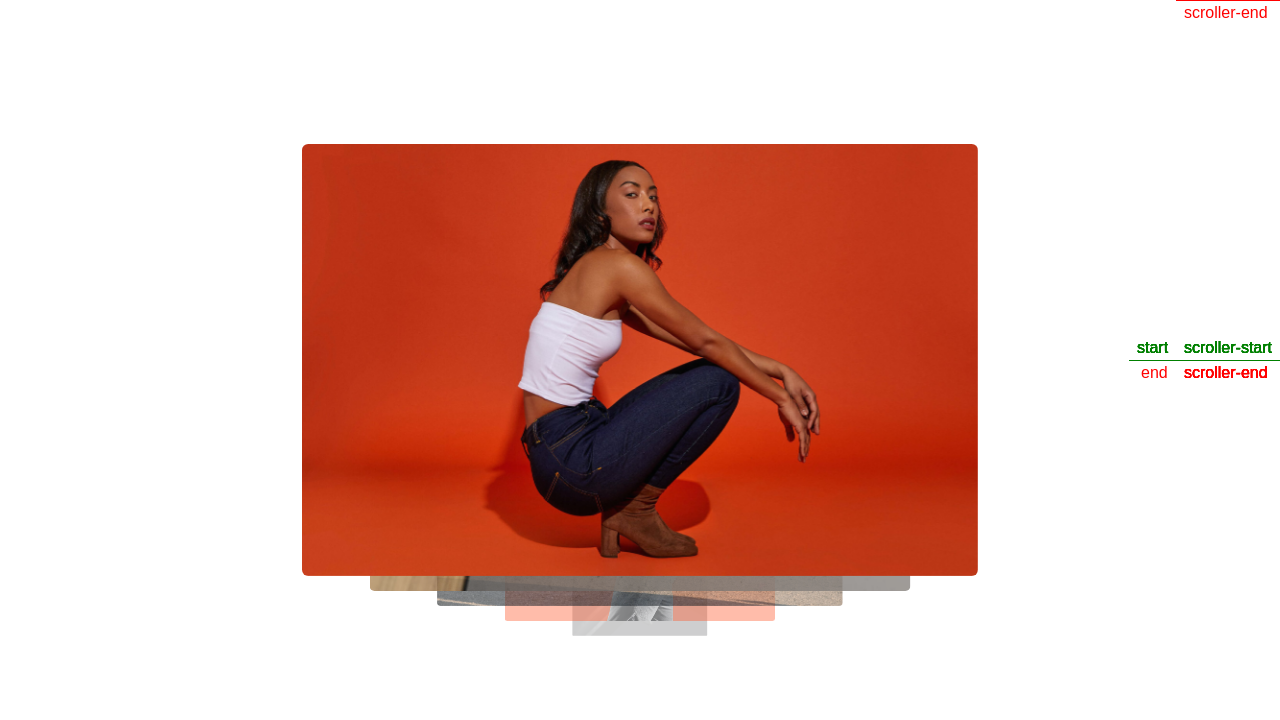
Repository: lwygold/motion
Page: layout/이미지 위로 계속 올라가는레이아웃.html
These files come from the project's save history. The page is drawn as it stood at one moment and after the next save; the edit follows.
The browser window is 1280 px wide. The pictures show the window.
A layer covers the whole window, so only the first screen is drawn.

Above is the page before, as saved 2023-02-21 14:27:22.

### layout/이미지 위로 계속 올라가는레이아웃.html
<!DOCTYPE html>
<html lang="ko">

<head>
    <meta http-equiv="Content-Type" content="text/html;charset=utf-8" />
    <meta name="viewport" content="width=device-width, user-scalable=no, target-densitydpi=medium-dpi" />
    <meta name="apple-mobile-web-app-capable" content="yes" />
    <meta name="format-detection" content="telephone=no" />
    <meta http-equiv="X-UA-Compatible" content="IE=edge" />
    <meta http-equiv="x-rim-auto-match" content="none" />
    <link rel="shortcut icon" href="./images/favicon.ico" />
    <link rel="stylesheet" type="text/css" href="../assets/css/slick.css" />
    <link rel="stylesheet" type="text/css" href="../assets/css/common.css" />
    <link rel="stylesheet" type="text/css" href="../assets/css/main.css" />
    <link rel="stylesheet" type="text/css" href="../assets/css/sub.css" />
    <title>테스트</title>
    <script src="../assets/js/jquery-3.3.1.min.js"></script>
    <script src="../assets/js/jquery-ui.min.js"></script>
    <script src="../assets/js/slick.min.js"></script>
    <script src="../assets/js/gsap.js"></script>
    <script src="../assets/js/gsap_scroll_trigger.js"></script>
    <script src="../assets/js/green.js"></script>
    <script src="../assets/js/common.js"></script>
    <script src="../assets/js/main.js"></script>
    <script src="../assets/js/sub.js"></script>
</head>

<style>
    section {
        width: 100vw;
        height: 100vh;
    }

    section ul {
        align-items: center;
        display: flex;
        height: 100%;
        justify-content: center;
        left: 0;
        position: fixed;
        top: 0;
        width: 100%;
        max-height: 100vh;
    }

    section ul li {
        border-radius: 0.4861111111vw;
        cursor: pointer;
        height: 60vh;
        overflow: hidden;
        position: absolute;
        -webkit-transform-origin: bottom;
        transform-origin: bottom;
        width: 52.7777777744vw;
        will-change: transform, opacity;
    }



    section ul li:nth-child(1) {
        z-index: 5;
    }

    section ul li:nth-child(2) {
        z-index: 4;
    }

    section ul li:nth-child(3) {
        z-index: 3;
    }

    section ul li:nth-child(4) {
        z-index: 2;
    }

    section ul li:nth-child(5) {
        z-index: 1;
    }


    section ul li div {
        height: 100%;
        -webkit-transform: none;
        transform: none;
        transition: -webkit-transform 1.2s cubic-bezier(.165, .84, .44, 1);
        transition: transform 1.2s cubic-bezier(.165, .84, .44, 1);
        transition: transform 1.2s cubic-bezier(.165, .84, .44, 1), -webkit-transform 1.2s cubic-bezier(.165, .84, .44, 1);
        width: 100%;
        will-change: transform;
    }

    section ul li div img {
        height: 100%;
        -o-object-fit: cover;
        object-fit: cover;
        -o-object-position: center;
        object-position: center;
        width: 100%;
        -webkit-transform: none;
        transform: none;
        -webkit-transform-origin: center;
        transform-origin: center;
        transition: -webkit-transform 1.6s cubic-bezier(.165, .84, .44, 1);
        transition: transform 1.6s cubic-bezier(.165, .84, .44, 1);
        transition: transform 1.6s cubic-bezier(.165, .84, .44, 1), -webkit-transform 1.6s cubic-bezier(.165, .84, .44, 1);
        width: 100%;
        will-change: transform;
    }

    section ul li div img:hover {
        -webkit-transform: scale(1.1);
        transform: scale(1.1);
    }
</style>

<body>

    <section class="s1">
        <ul>
            <li class="panel s1-1 panel_first">
                <div>
                    <img src="./images/1.jpg" alt="">
                </div>
            </li>
            <li class="panel s1-2">
                <div>
                    <img src="./images/2.jpg" alt="">
                </div>
            </li>
            <li class="panel s1-3">
                <div>
                    <img src="./images/3.jpg" alt="">
                </div>
            </li>
            <li class="panel s1-4">
                <div>
                    <img src="./images/4.jpg" alt="">
                </div>
            </li>
            <li class="panel s1-5">
                <div>
                    <img src="./images/5.jpg" alt="">
                </div>
            </li>
            <li class="panel s1-6">
                <div>
                    <img src="./images/6.jpg" alt="">
                </div>
            </li>
        </ul>
    </section>


    <script>

        const $ul = $('ul');
        const $li = $('ul li');
        const li_cnt = $('ul li').length;

        $li.each((i, e) => {
            $(e).css("transform", "translateY(" + i * 15 + "px) scale(" + (1 - (0.1 * (i * (2)))) + ")");
            $(e).css("opacity", 1 - (0.1 * (i * (2))));
            $(e).attr("filter", "grayscale(" + i * 33 + "%);");
        });



        $(function () {

            gsap.registerPlugin(ScrollTrigger);

            let panels = gsap.utils.toArray(".panel");

            let tl1 = gsap.timeline({
                scrollTrigger: {
                    trigger: $ul,
                    start: "center center",
                    end: 'center 0%',
                    pin: true,
                    scrub: true,
                    markers: true,
                }
            });

            let tl2 = gsap.timeline({
                scrollTrigger: {
                    trigger: 'section',
                    start: "center center",
                    end: "+=400",
                    pin: true,
                    scrub: true,
                    markers: true,
                }
            });

            let tl3 = gsap.timeline({
                scrollTrigger: {
                    trigger: 'section',
                    start: "center center",
                    end: "+=400",
                    pin: true,
                    scrub: true,
                    markers: true,
                }
            });

            let tl4 = gsap.timeline({
                scrollTrigger: {
                    trigger: 'section',
                    start: "center center",
                    end: "+=400",
                    pin: true,
                    scrub: true,
                    markers: true,
                }
            });

            let tl5 = gsap.timeline({
                scrollTrigger: {
                    trigger: 'section',
                    start: "center center",
                    end: "+=400",
                    pin: true,
                    scrub: true,
                    markers: true,
                }
            });

            let tl6 = gsap.timeline({
                scrollTrigger: {
                    trigger: 'section',
                    start: "center center",
                    end: "+=400",
                    pin: true,
                    scrub: true,
                    markers: true,
                }
            });


            panels.forEach((panel, i) => {

                tl1.to(panel, {
                    yPercent: -150,
                });


            });


            const child1 = document.querySelector(`section ul li:nth-child(2)`);
            const child2 = document.querySelector(`section ul li:nth-child(3)`);
            const child3 = document.querySelector(`section ul li:nth-child(4)`);
            const child4 = document.querySelector(`section ul li:nth-child(5)`);
            const child5 = document.querySelector(`section ul li:nth-child(6)`);

            tl2.to(child1, {
                y:0,
                opacity:1,
                scale:1,
            }).to(child2, {
                y:0,
                opacity:1,
                scale:1,
            }).to(child3, {
                y:0,
                opacity:1,
                scale:1,
            }).to(child4, {
                y:0,
                opacity:1,
                scale:1,
            }).to(child5, {
                y:0,
                opacity:1,
                scale:1,
            });

            tl3.to(child2, {
                y:15+"px",
                opacity:0.8,
                scale:0.8,
            }).to(child3, {
                y:15+"px",
                opacity:0.8,
                scale:0.8,
            }).to(child4, {
                y:15+"px",
                opacity:0.8,
                scale:0.8,
            }).to(child5, {
                y:15+"px",
                opacity:0.8,
                scale:0.8,
            });

            tl4.to(child3, {
                y:30+"px",
                opacity:0.6,
                scale:0.6,
            }).to(child4, {
                y:30+"px",
                opacity:0.6,
                scale:0.6,
            }).to(child5, {
                y:30+"px",
                opacity:0.6,
                scale:0.6,
            });


            tl5.to(child4, {
                y:45+"px",
                opacity:0.4,
                scale:0.4,
            }).to(child5, {
                y:45+"px",
                opacity:0.4,
                scale:0.4,
            });

            tl6.to(child5, {
                y:60+"px",
                opacity:0.2,
                scale:0.2,
            });



















        });

    </script>
</body>

</html>

### assets/css/common.css
@charset "utf-8";

@font-face {
  font-family: "NotoSansKR";
  font-style: normal;
  font-weight: 100;
  src: url(fonts/NotoSansKR-ExtraLight.woff) format("woff");
}

@font-face {
  font-family: "NotoSansKR";
  font-style: normal;
  font-weight: 200;
  src: url(fonts/NotoSansKR-Light.woff) format("woff");
}

@font-face {
  font-family: "NotoSansKR";
  font-style: normal;
  font-weight: 300;
  src: url(fonts/NotoSansKR-DemiLight.woff) format("woff");
}

@font-face {
  font-family: "NotoSansKR";
  font-style: normal;
  font-weight: 400;
  src: url(fonts/NotoSansKR-Regular.woff) format("woff");
}

@font-face {
  font-family: "NotoSansKR";
  font-style: normal;
  font-weight: 500;
  src: url(fonts/NotoSansKR-Medium.woff) format("woff");
}

@font-face {
  font-family: "NotoSansKR";
  font-style: normal;
  font-weight: 600;
  src: url(fonts/NotoSansKR-Bold.woff) format("woff");
}

@font-face {
  font-family: "NotoSansKR";
  font-style: normal;
  font-weight: 700;
  src: url(fonts/NotoSansKR-Bold-Hestia.woff) format("woff");
}

@font-face {
  font-family: "NotoSansKR";
  font-style: normal;
  font-weight: 800;
  src: url(fonts/NotoSansKR-Black-Hestia.woff) format("woff");
}

@font-face {
  font-family: "Montserrat";
  font-style: normal;
  font-weight: 100;
  src: url(fonts/Montserrat-ExtraLight.woff) format("woff");
}

@font-face {
  font-family: "Montserrat";
  font-style: normal;
  font-weight: 200;
  src: url(fonts/Montserrat-Light.woff) format("woff");
}

@font-face {
  font-family: "Montserrat";
  font-style: normal;
  font-weight: 300;
  src: url(fonts/Montserrat-Regular.woff) format("woff");
}

@font-face {
  font-family: "Montserrat";
  font-style: normal;
  font-weight: 400;
  src: url(fonts/Montserrat-Regular.woff) format("woff");
}

@font-face {
  font-family: "Montserrat";
  font-style: normal;
  font-weight: 500;
  src: url(fonts/Montserrat-Medium.woff) format("woff");
}

@font-face {
  font-family: "Montserrat";
  font-style: normal;
  font-weight: 600;
  src: url(fonts/Montserrat-Bold.woff) format("woff");
}

@font-face {
  font-family: "Montserrat";
  font-style: normal;
  font-weight: 700;
  src: url(fonts/Montserrat-ExtraBold.woff) format("woff");
}

@font-face {
  font-family: "Montserrat";
  font-style: normal;
  font-weight: 800;
  src: url(fonts/Montserrat-ExtraBlack.woff) format("woff");
}

@font-face {
  font-family: "Saira";
  font-style: normal;
  font-weight: 100;
  src: url(fonts/Saira-ExtraLight.woff) format("woff");
}

@font-face {
  font-family: "Saira";
  font-style: normal;
  font-weight: 200;
  src: url(fonts/Saira-Light.woff) format("woff");
}

@font-face {
  font-family: "Saira";
  font-style: normal;
  font-weight: 300;
  src: url(fonts/Saira-Regular.woff) format("woff");
}

@font-face {
  font-family: "Saira";
  font-style: normal;
  font-weight: 400;
  src: url(fonts/Saira-Regular.woff) format("woff");
}

@font-face {
  font-family: "Saira";
  font-style: normal;
  font-weight: 500;
  src: url(fonts/Saira-Medium.woff) format("woff");
}

@font-face {
  font-family: "Saira";
  font-style: normal;
  font-weight: 600;
  src: url(fonts/Saira-Bold.woff) format("woff");
}

@font-face {
  font-family: "Saira";
  font-style: normal;
  font-weight: 700;
  src: url(fonts/Saira-ExtraBold.woff) format("woff");
}

@font-face {
  font-family: "Saira";
  font-style: normal;
  font-weight: 800;
  src: url(fonts/Saira-Black.woff) format("woff");
}

@font-face {
  font-family: "NanumSquare";
  font-style: normal;
  font-weight: 200;
  src: url(fonts/NanumSquareL.woff) format("woff");
}

@font-face {
  font-family: "NanumSquare";
  font-style: normal;
  font-weight: 400;
  src: url(fonts/NanumSquareR.woff) format("woff");
}

@font-face {
  font-family: "NanumSquare";
  font-style: normal;
  font-weight: 600;
  src: url(fonts/NanumSquareB.woff) format("woff");
}

@font-face {
  font-family: "NanumSquare";
  font-style: normal;
  font-weight: 700;
  src: url(fonts/NanumSquareEB.woff) format("woff");
}

@font-face {
  font-family: "play";
  font-style: normal;
  font-weight: 400;
  src: url(fonts/Play-Regular.woff) format("woff");
}

@font-face {
  font-family: "play";
  font-style: normal;
  font-weight: 600;
  src: url(fonts/Play-Bold.woff) format("woff");
}

@font-face {
  font-family: "Lovelace";
  font-style: normal;
  font-weight: 100;
  src: url(fonts/Lovelace-ExtraLight.woff) format("woff");
}

@font-face {
  font-family: "Lovelace";
  font-style: normal;
  font-weight: 200;
  src: url(fonts/Lovelace-Light.woff) format("woff");
}

@font-face {
  font-family: "Lovelace";
  font-style: normal;
  font-weight: 400;
  src: url(fonts/Lovelace-Regular.woff) format("woff");
}

@font-face {
  font-family: "Lovelace";
  font-style: normal;
  font-weight: 500;
  src: url(fonts/Lovelace-Medium.woff) format("woff");
}

@font-face {
  font-family: "Lovelace";
  font-style: normal;
  font-weight: 600;
  src: url(fonts/Lovelace-Bold.woff) format("woff");
}

@font-face {
  font-family: "Lovelace";
  font-style: normal;
  font-weight: 700;
  src: url(fonts/Lovelace-ExtraBold.woff) format("woff");
}

* {
  font-family: "NotoSansKR";
  box-sizing: border-box;
}

/* 여백 초기화 */
html,
body,
div,
span,
object,
iframe,
h1,
h2,
h3,
h4,
h5,
h6,
p,
blockquote,
pre,
abbr,
address,
cite,
code,
del,
dfn,
em,
img,
ins,
kbd,
q,
samp,
small,
strong,
sub,
sup,
var,
b,
i,
dl,
dt,
dd,
ol,
ul,
li,
fieldset,
form,
label,
legend,
table,
caption,
tbody,
tfoot,
thead,
tr,
th,
td,
article,
aside,
canvas,
details,
figcaption,
figure,
footer,
header,
hgroup,
menu,
nav,
section,
summary,
time,
mark,
audio,
video {
  margin: 0;
  padding: 0;
  border: 0;
  outline: 0;
  font-size: 100%;
  vertical-align: baseline;
  background: transparent;
}

* {
  -webkit-text-size-adjust: none;
  -moz-text-size-adjust: none;
  -ms-text-size-adjust: none;
}

html,
body {
  position: relative;
  margin: 0 auto;
  height: 100%;
  width: 100%;
}

body {
  line-height: 1;
}

article,
aside,
details,
figcaption,
figure,
footer,
header,
hgroup,
menu,
nav,
section {
  display: block;
}

ul,
li {
  list-style: none;
}

blockquote,
q {
  quotes: none;
}

blockquote:before,
blockquote:after,
q:before,
q:after {
  content: "";
  content: none;
}

a {
  margin: 0;
  padding: 0;
  color: #000;
  font-size: 100%;
  text-decoration: none;
  vertical-align: baseline;
  background: transparent;
}

del {
  text-decoration: line-through;
}

abbr[title],
dfn[title] {
  border-bottom: 1px dotted;
  cursor: help;
}

table {
  border-collapse: collapse;
  border-spacing: 0;
}

/* change border colour to suit your needs */

hr {
  display: block;
  height: 1px;
  border: 0;
  border-top: 1px solid #cccccc;
  margin: 1em 0;
  padding: 0;
}

input,
select {
  vertical-align: middle;
}

/*-------------------------------------------------------------------
    @input style
-------------------------------------------------------------------*/

button {
  -webkit-appearance: none;
  appearance: none;
  -webkit-border-radius: 0;
  border-radius: 0;
}

input[type="button"],
input[type="reset"],
input[type="text"],
input[type="password"],
input[type="submit"],
input[type="search"],
input[type="tel"],
input[type="email"] {
  -webkit-appearance: none;
  appearance: none;
  -webkit-border-radius: 0;
  border-radius: 0;
  font-size: 16px;
}

/*-------------------------------------------------------------------
    @select
-------------------------------------------------------------------*/
select {
  font-family: "Noto Sans KR";
  font-size: 19px;
  -webkit-appearance: none;
  -moz-appearance: none;
  appearance: none;
  background-image: url(../images/sl_btn.png);
  background-repeat: no-repeat;
  background-position: 93% 50%;
  background-size: 15px;
  background-color: #fff;
  border: none;
  width: 100%;
}

/*-------------------------------------------------------------------
    @select IE10,11의 네이티브 화살표 숨기기
-------------------------------------------------------------------*/
select::-ms-expand {
  display: none;
}

/*-------------------------------------------------------------------
    @clearfix
-------------------------------------------------------------------*/
.clearfix {
  *zoom: 1;
}

.clearfix:before,
.clearfix:after {
  display: block;
  content: "";
  line-height: 0;
}

.clearfix:after {
  clear: both;
}

.fl {
  float: left;
}

.fr {
  float: right;
}

/*-------------------------------------------------------------------
    @공통서브
-------------------------------------------------------------------*/

section {
  box-sizing: border-box;
  overflow: hidden;
  position: relative;
  width: 100%;
  max-width: 1920px;
  margin: 0 auto;
}

.inner {
  width: 100%;
  max-width: 1280px;
  padding: 0px 40px;
  box-sizing: border-box;
}

/* 가로 양옆으로  */
.flex__lrc,
.flex__lrc2 {
  display: flex;
  flex-direction: row;
  flex-wrap: wrap;
  justify-content: space-between;
  align-items: center;
}

.flex__lrt,
.flex__lrt2 {
  display: flex;
  flex-direction: row;
  flex-wrap: wrap;
  justify-content: space-between;
  align-items: flex-start;
}

.flex__lrb,
.flex__lrb2 {
  display: flex;
  flex-direction: row;
  flex-wrap: wrap;
  justify-content: space-between;
  align-items: flex-end;
}

/* 가로 가운데 새로 가운데 */
.flex__cc,
.flex__cc1,
.flex__cc2 {
  display: flex;
  flex-direction: row;
  flex-wrap: wrap;
  justify-content: center;
  align-items: center;
}

.flex__lrc2 > div,
.flex__lrt2 > div,
.flex__lrb2 > div,
.flex__cc2 > div {
    width: 50%;
}

.h100 {
    height: 100%;
}

.w100 {
    width: 100%;
}

.row2,
.row3,
.row4,
.row5 {
    display: flex;
    flex-direction: row;
    flex-wrap: wrap;
}

.row2 > .col {
    width: 50%;
}

.row3 > .col {
    width: 33.33%;
}

.row4 > .col {
    width: 25%;
}

.row5 > .col {
    width: 20%;
}


@media only screen and (max-width: 640px) {
}

### assets/css/main.css
body {
 font-size:0;
}


section.section4 {
 height: 400vh;
}

.header-section {
 padding: 0 15px;
 text-align: center;
 margin: 0;
 height: 100vh;
 color: #000;
 font-size: 35px;
 display: flex;
 align-items: center;
 justify-content: center;
}

.nav {
 display: flex;
 position: fixed;
 right:100px;
 top:50%;
 transform: translateY(-50%);
 z-index: 11;
}

.nav > div {
 position: relative;
 width: 2px;
 height: 55px;
 background: transparent;
 z-index: 1;
}

.nav > div:after {
 content:'';
 position: absolute;
 left:0;
 top:0;
 width:3px;
 height: 55px;
 background: rgba(255,255,255, 0.3);
 z-index: 2;
}

.nav div > div {
 position: absolute;
 left:0;
 top:0;
 width:2px;
 height:0;
 background: #fff;
}


.gridBlock {
 opacity: 0;
}


/* Grid almost fully pulled from https://www.rino-pelle.com/ */
.grid-container {
 width: 100vw;
 height: 400vh;
 position: relative;
}
.grid {
 top: 0;
 left: 0;
 z-index: 1;
 width: 70vw;
 height: 60vw;
 margin: 0 calc(100vw / 20 * 3);
 position: absolute;

}
@media only screen and (max-width: 580px) {
 .grid {
 margin: 0;
 width: 100vw;
 height: 89.444vw;
}
}
.gridBlock {
 background-size: cover;
 background-color: darkgray;
}
.gridLayer {
 top: 0;
 left: 0;
 width: 100%;
 height: 100%;
 position: absolute;
 will-change: transform;
 transform-origin: 44.951% 50%;
}
.gridLayer:nth-child(1) .gridBlock {
 top: 5vw;
 left: 20vw;
 width: 10vw;
 height: 10vw;
}
@media only screen and (max-width: 580px) {
 .gridLayer:nth-child(1) .gridBlock {
 top: 11.111vw;
 left: 23.889vw;
 width: 15vw;
 height: 15vw;
}
}
.gridLayer:nth-child(2) .gridBlock {
 top: 0;
 left: 32.5vw;
 width: 15vw;
 height: 15vw;
}
@media only screen and (max-width: 580px) {
 .gridLayer:nth-child(2) .gridBlock {
 top: 0;
 left: 43.333vw;
 width: 26.389vw;
 height: 26.389vw;
}
}
.gridLayer:nth-child(3) .gridBlock {
 left: 0;
 top: 25vw;
 width: 15vw;
 height: 15vw;
}
@media only screen and (max-width: 580px) {
 .gridLayer:nth-child(3) .gridBlock {
 top: 30.278vw;
 left: 0;
 width: 26.389vw;
 height: 26.389vw;
}
}
.gridLayer:nth-child(4) .gridBlock {
 top: 17.5vw;
 left: 17.5vw;
 width: 30vw;
 height: 30vw;
}
@media only screen and (max-width: 580px) {
 .gridLayer:nth-child(4) .gridBlock {
 top: 30.278vw;
 left: 30.278vw;
 width: 39.444vw;
 height: 39.444vw;
}
}
.gridLayer:nth-child(5) {
 z-index: 1;
}
.gridLayer:nth-child(5) .gridBlock {
 top: 20vw;
 left: 50vw;
 width: 5vw;
 height: 5vw;
}
@media only screen and (max-width: 580px) {
 .gridLayer:nth-child(5) .gridBlock {
 top: 23.889vw;
 left: 73.889vw;
 width: 15.278vw;
 height: 15.278vw;
}
}
.gridLayer:nth-child(5) a {
 height: 100%;
 display: flex;
 align-items: center;
 justify-content: center;
}
.gridLayer:nth-child(5) svg {
 width: 1.75vw;
}
@media only screen and (max-width: 580px) {
 .gridLayer:nth-child(5) svg {
 width: 4.722vw;
}
}
.gridLayer:nth-child(6) .gridBlock {
 left: 50vw;
 top: 27.5vw;
 width: 20vw;
 height: 20vw;
}
@media only screen and (max-width: 580px) {
 .gridLayer:nth-child(6) .gridBlock {
 top: 43.889vw;
 left: 73.889vw;
 width: 26.389vw;
 height: 26.389vw;
}
}
.gridLayer:nth-child(7) .gridBlock {
 left: 10vw;
 top: 42.5vw;
 width: 5vw;
 height: 5vw;
}
@media only screen and (max-width: 580px) {
 .gridLayer:nth-child(7) .gridBlock {
 display: none;
}
}
.gridLayer:nth-child(8) .gridBlock {
 bottom: 5vw;
 left: 42.5vw;
 width: 5vw;
 height: 5vw;
}
@media only screen and (max-width: 580px) {
 .gridLayer:nth-child(8) .gridBlock {
 display: none;
}
}
.gridLayer:nth-child(9) .gridBlock {
 bottom: 0;
 left: 50vw;
 width: 10vw;
 height: 10vw;
}
@media only screen and (max-width: 580px) {
 .gridLayer:nth-child(9) .gridBlock {
 top: 73.889vw;
 left: 58.889vw;
 width: 15.278vw;
 height: 15.278vw;
}
}
.gridBlock {
 display: block;
 position: absolute;
}



@media only screen and (max-width: 640px) {

}

### assets/css/sub.css

@media only screen and (max-width: 640px) {

}

### assets/js/common.js
var clickType = "click";
if ("ontouchstart" in document.documentElement) {
    clickType = "touchstart";
}
$(function () {

})

### assets/js/main.js
$(function () {



});

### assets/js/sub.js
$(function () {

})

Loaded but not shown: assets/css/slick.css (common file); assets/js/jquery-3.3.1.min.js (library); assets/js/jquery-ui.min.js (library); assets/js/slick.min.js (library); assets/js/gsap.js (library); assets/js/gsap_scroll_trigger.js (library); assets/js/green.js (187 lines, source omitted)

After the next save:
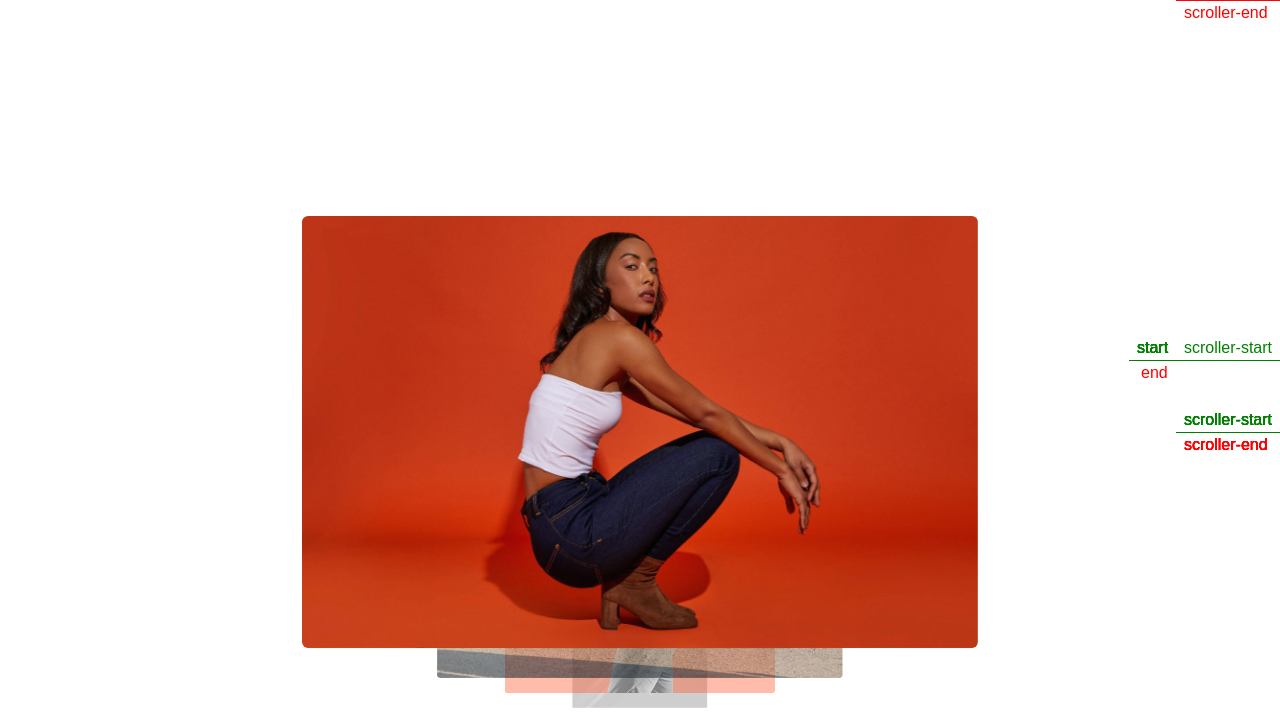
Saved 37 s later.
--- a/layout/이미지 위로 계속 올라가는레이아웃.html
+++ b/layout/이미지 위로 계속 올라가는레이아웃.html
@@ -185,7 +185,7 @@
             let tl2 = gsap.timeline({
                 scrollTrigger: {
                     trigger: 'section',
-                    start: "center center",
+                    start: "center 60%",
                     end: "+=400",
                     pin: true,
                     scrub: true,
@@ -196,7 +196,7 @@
             let tl3 = gsap.timeline({
                 scrollTrigger: {
                     trigger: 'section',
-                    start: "center center",
+                    start: "center 60%",
                     end: "+=400",
                     pin: true,
                     scrub: true,
@@ -207,7 +207,7 @@
             let tl4 = gsap.timeline({
                 scrollTrigger: {
                     trigger: 'section',
-                    start: "center center",
+                    start: "center 60%",
                     end: "+=400",
                     pin: true,
                     scrub: true,
@@ -218,7 +218,7 @@
             let tl5 = gsap.timeline({
                 scrollTrigger: {
                     trigger: 'section',
-                    start: "center center",
+                    start: "center 60%",
                     end: "+=400",
                     pin: true,
                     scrub: true,
@@ -229,7 +229,7 @@
             let tl6 = gsap.timeline({
                 scrollTrigger: {
                     trigger: 'section',
-                    start: "center center",
+                    start: "center 60%",
                     end: "+=400",
                     pin: true,
                     scrub: true,
